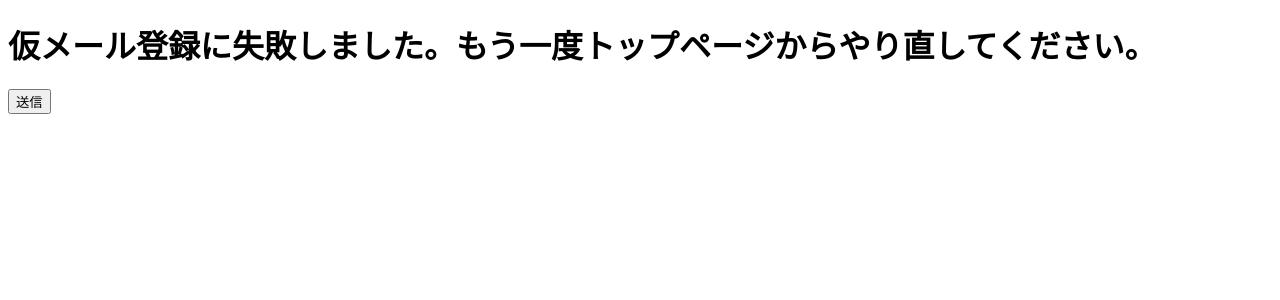
Repository: ryosuke-yamoto/BBS
Page: http://localhost/BBS_yamoto/View/Signup/mail_send_failur.php
These files come from the project's save history. The page is drawn as it stood at one moment and after the next save; the edit follows.
The browser window is 1280 px wide. The pictures show the whole page.
The page is run by PHP 8.4 with error messages shown; the project is at /var/www/html/.

Above is the page before, as saved 2020-05-19 09:20:21.

### View/Signup/mail_send_failur.php
<?php

?>

<!DOCTYPE html>
<html lang="ja">
<head>
  <meta charset="UTF-8">
  <meta name="viewport" content="width=device-width, initial-scale=1.0">
  <meta http-equiv="X-UA-Compatible" content="ie=edge">
  <title>メール送信　失敗時</title>
</head>
<body>
  <div>
    <h1>仮メール登録に失敗しました。もう一度トップページからやり直してください。</h1>
    <form action="../top.php" method="get">
      <button type="submit">送信</button>
    </form>
  </div>
</body>
</html>

After the next save:
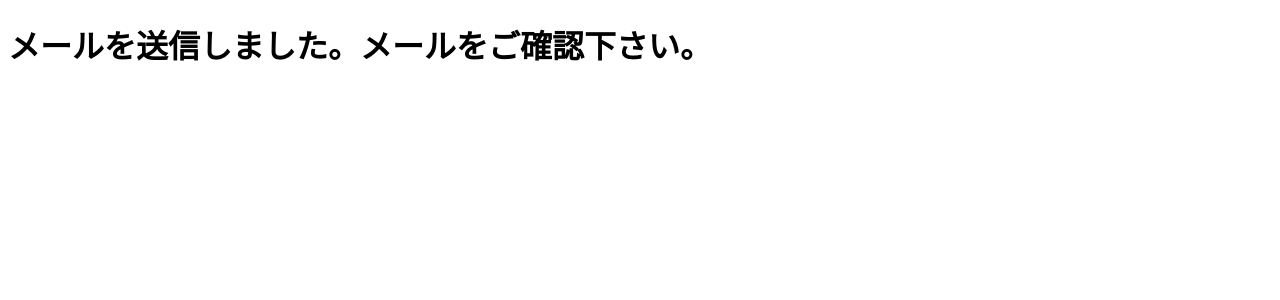
Saved 7 min 51 s later.
--- a/View/Signup/mail_send_failur.php
+++ b/View/Signup/mail_send_failur.php
@@ -8,14 +8,14 @@
   <meta charset="UTF-8">
   <meta name="viewport" content="width=device-width, initial-scale=1.0">
   <meta http-equiv="X-UA-Compatible" content="ie=edge">
-  <title>メール送信　失敗時</title>
+  <title>メール送信　成功時</title>
 </head>
 <body>
   <div>
-    <h1>仮メール登録に失敗しました。もう一度トップページからやり直してください。</h1>
-    <form action="../top.php" method="get">
+    <h1>メールを送信しました。メールをご確認下さい。</h1>
+    <!-- <form action="../top.php" method="get">
       <button type="submit">送信</button>
-    </form>
+    </form> -->
   </div>
 </body>
 </html>
